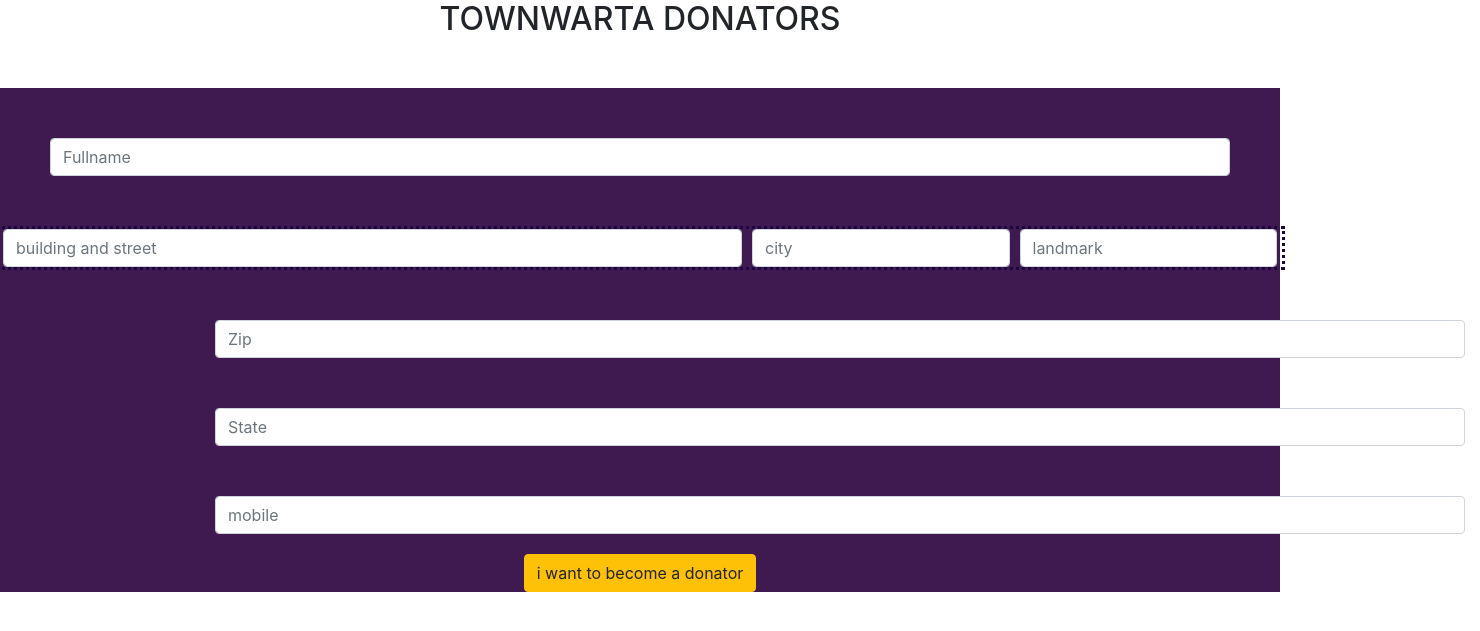
Repository: shivanand1988-28-06/townwarta
Page: http://localhost/donator/donator
These files come from the project's save history. The page is drawn as it stood at one moment and after the next save; the edit follows.
The browser window is 1280 px wide. The page is 1480 px wide, so the pictures cover 1480 px, including what lies to the right of the window. The pictures show the whole page.
The page is served by the project's Node server (Townwarta.js).

Above is the page before, as saved 2022-08-30 23:12:06.

After the next save:
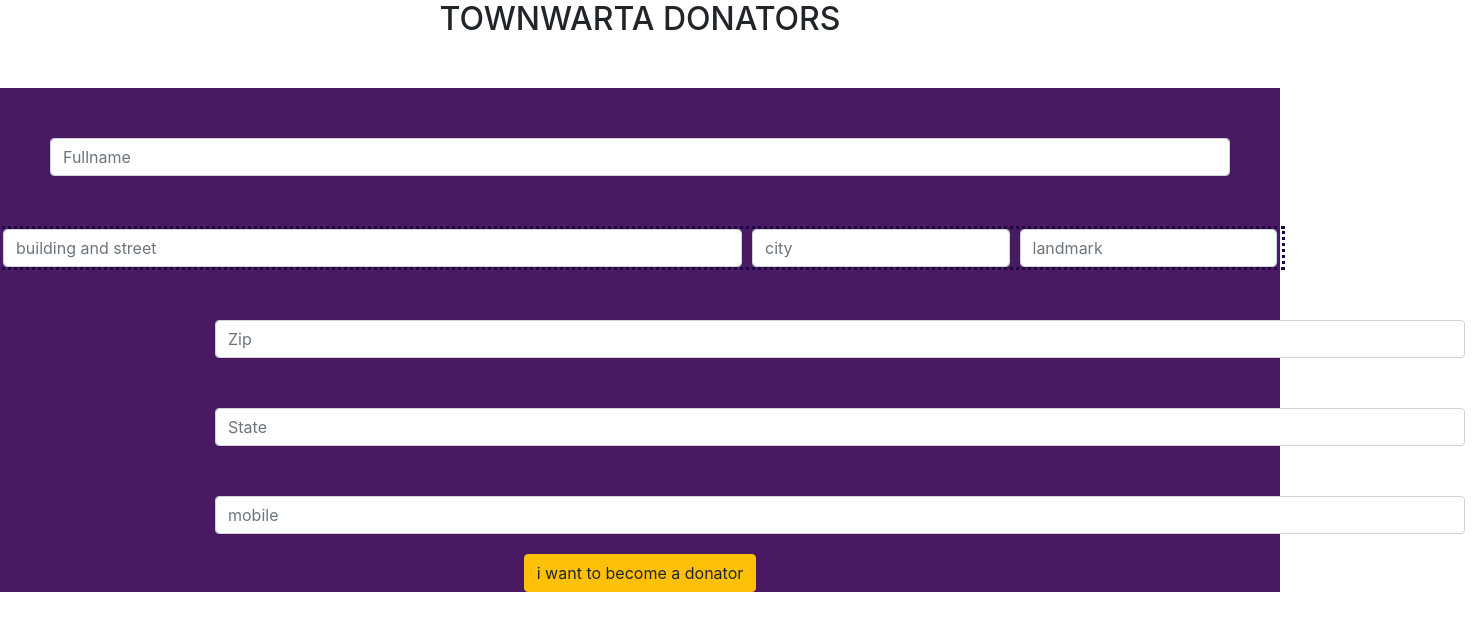
Saved 6 s later.
--- a/views/articles/donator.ejs
+++ b/views/articles/donator.ejs
@@ -10,7 +10,7 @@
 </head>
 <body>
     <h2 style = "text-align : center ">TOWNWARTA DONATORS</h2>
-    <form style = "background-color: rgba(46, 6, 66, 0.918);" >
+    <form style = "background-color: rgba(57, 6, 83, 0.918);" >
         <div class="col" style = "margin-top: 50px ; padding:50px ">
             <input type="text" name = "name" id = "name"class="form-control" placeholder="Fullname">
           </div>
